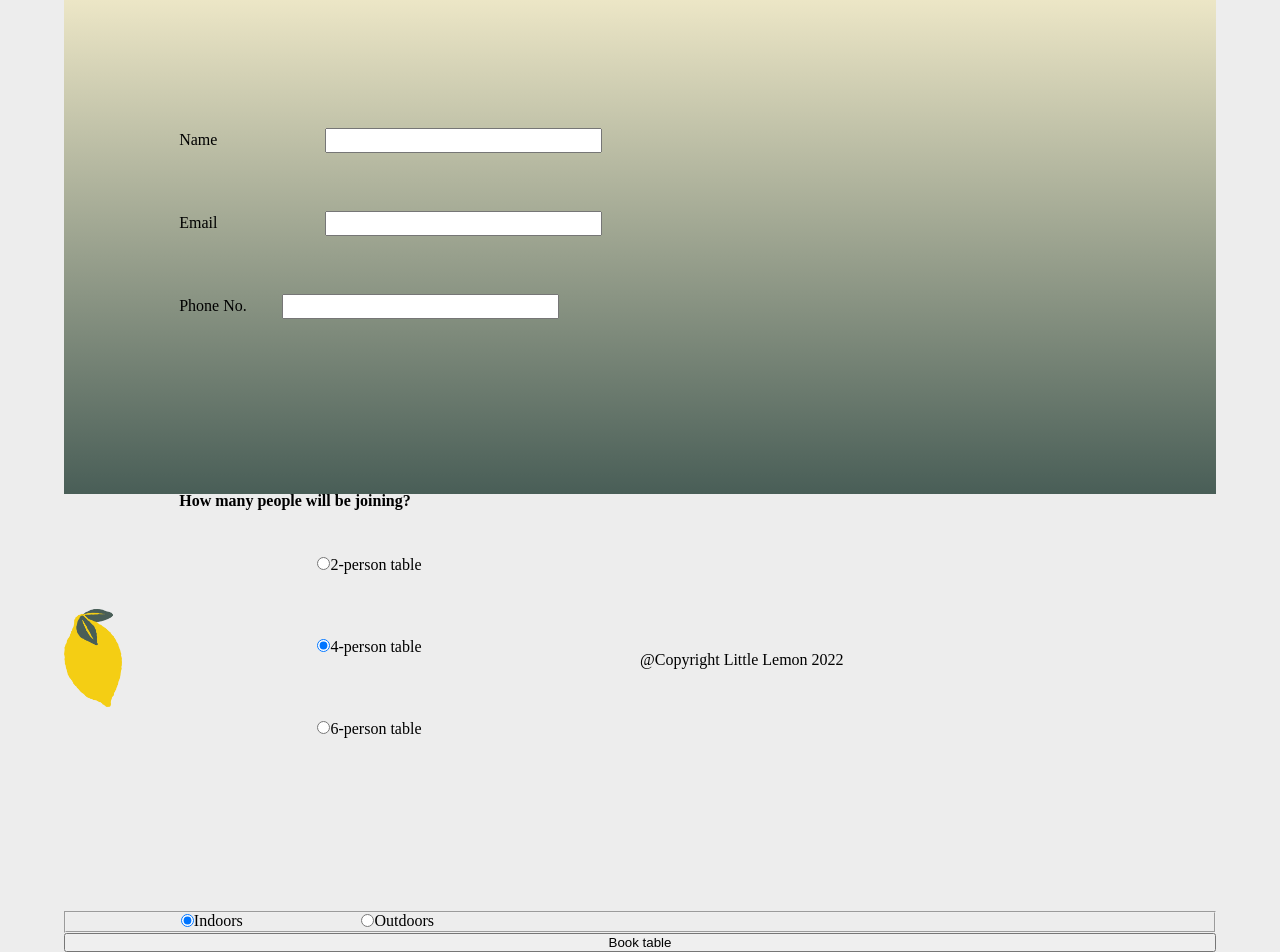
Repository: klone007/littleLemon
Page: index.html
The author's editor kept a copy of each file at every save. The page is drawn from the files as they stood at one save, then again after the next save.
The browser window is 1280 px wide. The pictures show the part of the page from y = 3473 to 4425 px (the page is 4425 px tall).
A picture or video elsewhere on the page could not be fetched, so the positions and the page height are approximate. Backgrounds fixed to the window are drawn as part of the page.

Above is the page before, as saved 2022-11-17 13:33:37.

After the next save:
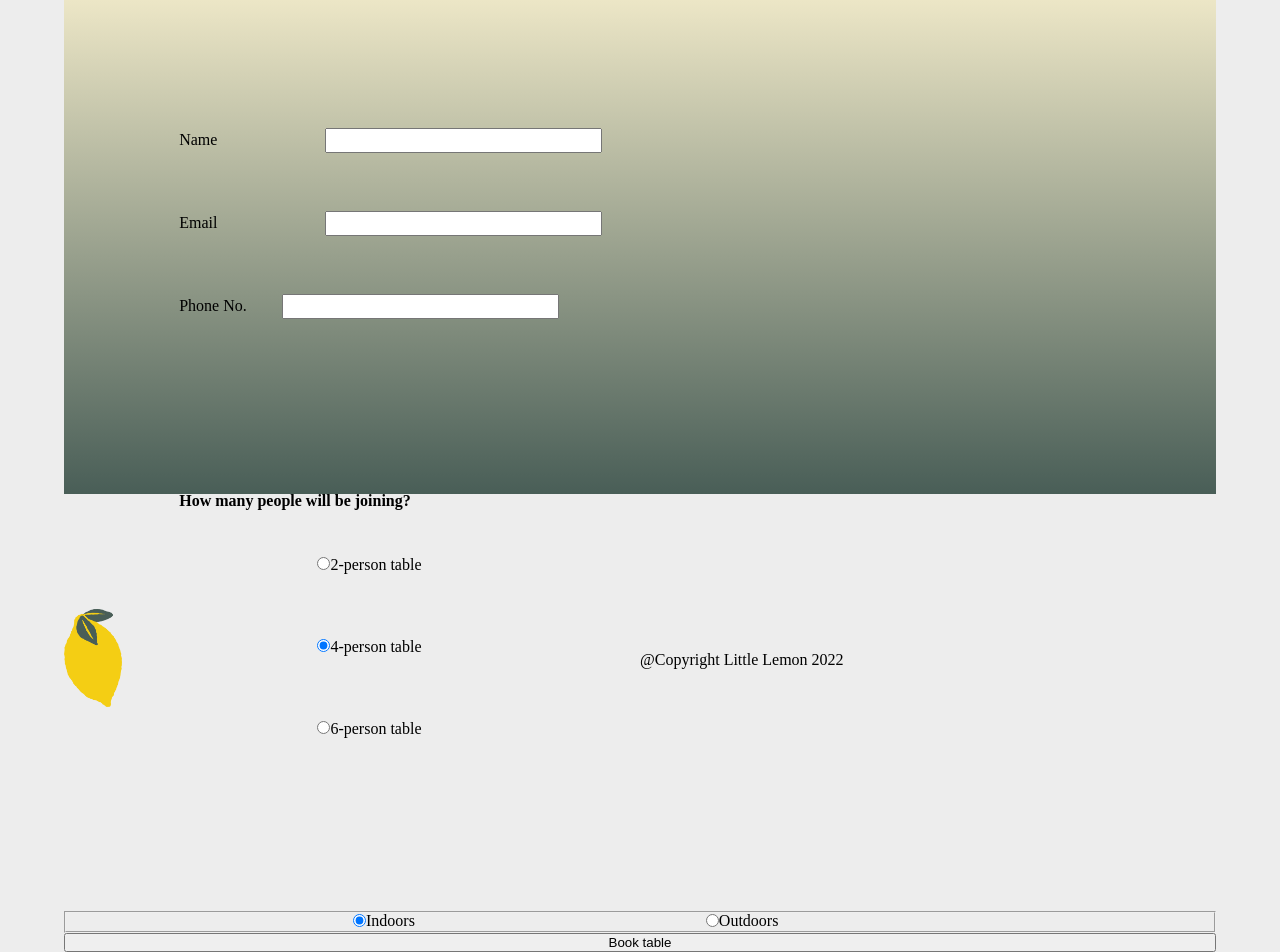
Saved 44 s later.
--- a/styles.css
+++ b/styles.css
@@ -514,7 +514,7 @@
     margin-left:-10% ;
 }
 
-#size input {
+input {
     margin-left:15%;
 }
 
